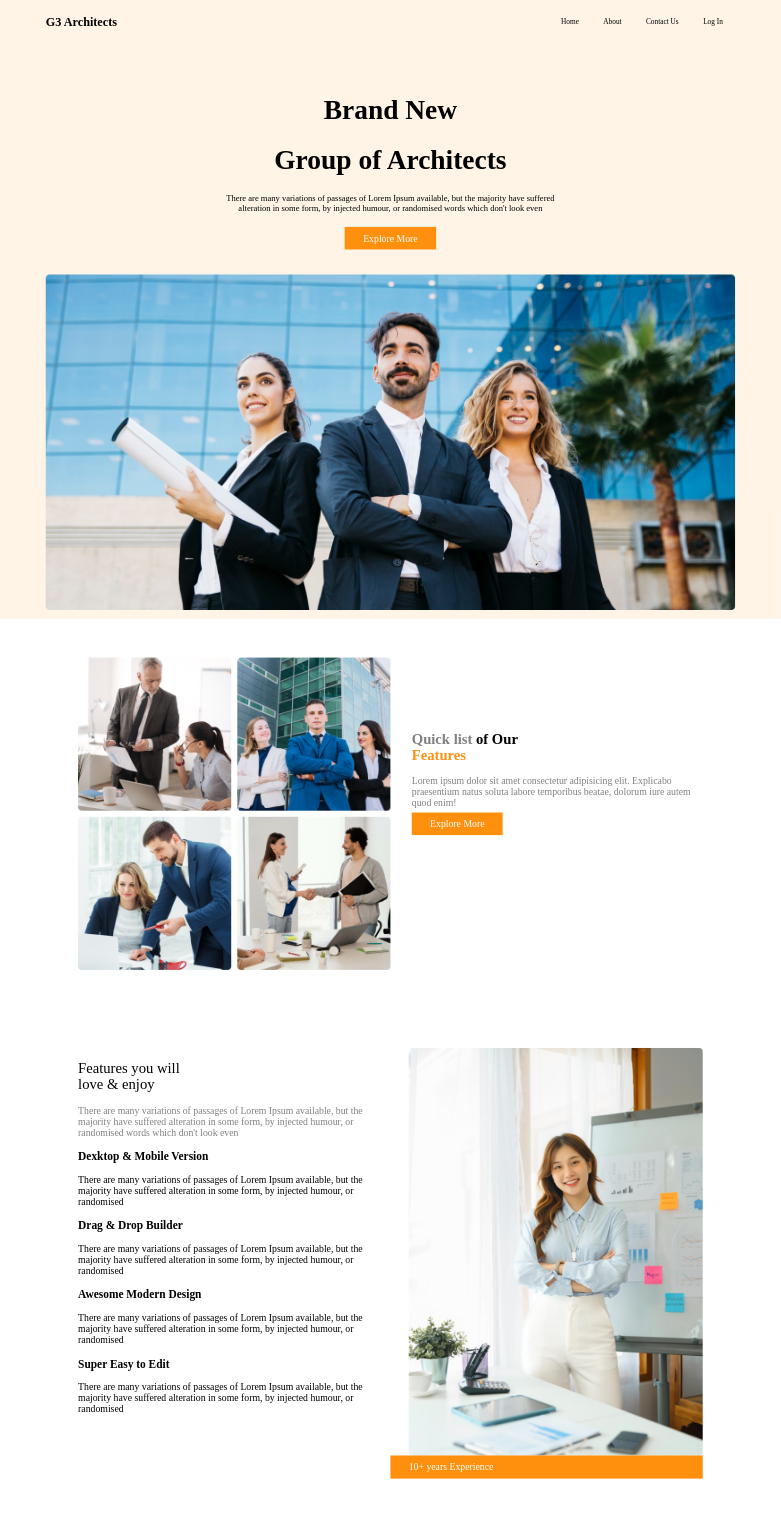
Repository: sadiaafsana138/Architect
Page: index.html
The author's editor kept a copy of each file at every save. The page is drawn from the files as they stood at one save, then again after the next save.
The browser window is 1280 px wide. The pictures show the whole page, at 61% of full size.

Above is the page before, as saved 2023-01-16 16:42:51.

After the next save:
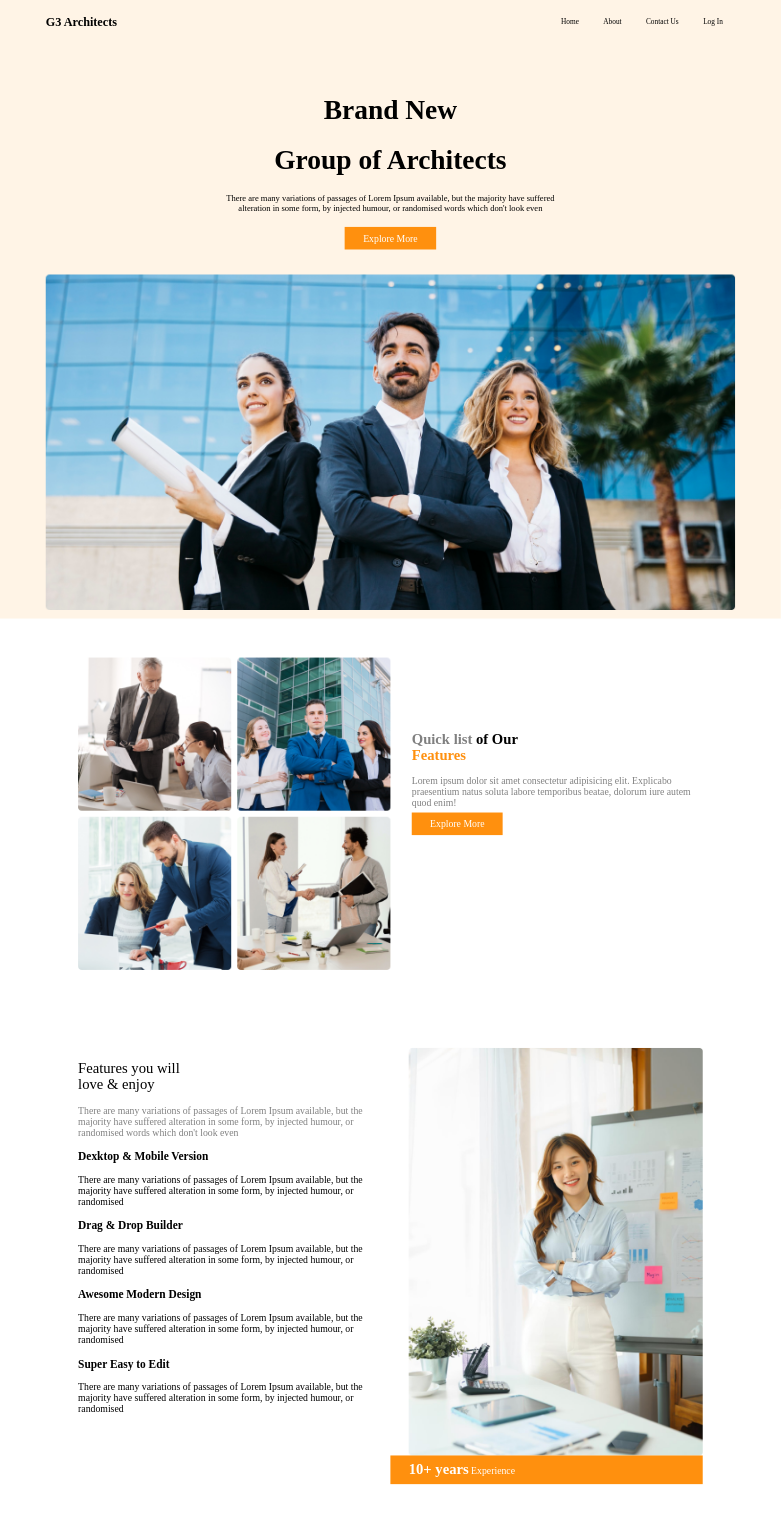
Saved 2 min 0 s later.
--- a/style.css
+++ b/style.css
@@ -198,6 +198,10 @@
   width: 100%;
   padding-left:30px;
 }
+.sp3{
+  font-weight: 700;
+  font-size: x-large;
+}
 @media only screen and (min-width: 688px) and (max-width: 992px) {
   .container {
     width: 100%;
